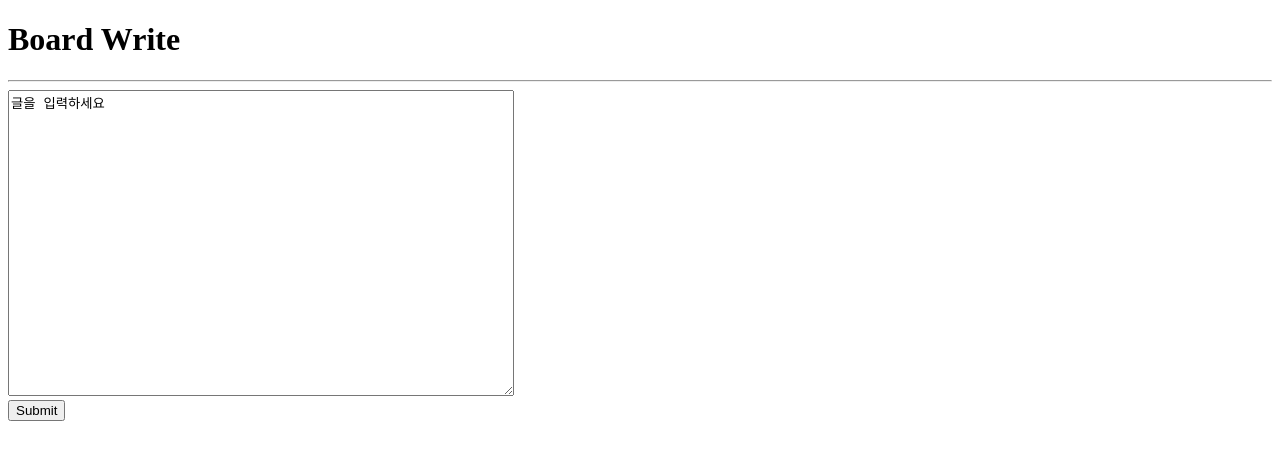
Repository: ByeonYJ/CSSTest
Page: GMSUI/WebContent/board/board_write.html
The author's editor kept a copy of each file at every save. The page is drawn from the files as they stood at one save, then again after the next save.
The browser window is 1280 px wide. The pictures show the whole page.

Above is the page before, as saved 2017-07-20 07:06:54.

After the next save:
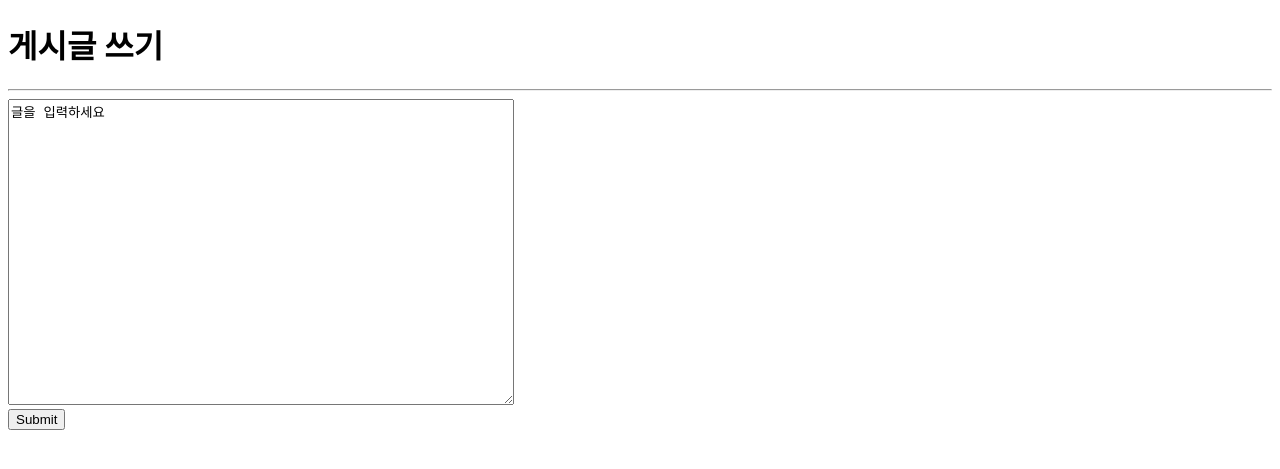
Saved 81 s later.
--- a/GMSUI/WebContent/board/board_write.html
+++ b/GMSUI/WebContent/board/board_write.html
@@ -6,8 +6,9 @@
 <link rel="stylesheet" href="../css/board.css" />
 </head>
 <body>
-	<div id="wrapper" style="width: 100%">
-   <h1 class="text-center" style="">Board Write</h1>
+	<div id="wrapper">
+   <h1 id="title"> 게시글 쓰기</h1>
+   <a id="go_main"></a>
    <hr/>
 </div>
 <div id="container" class="margin-auto" style="width: 400px">
